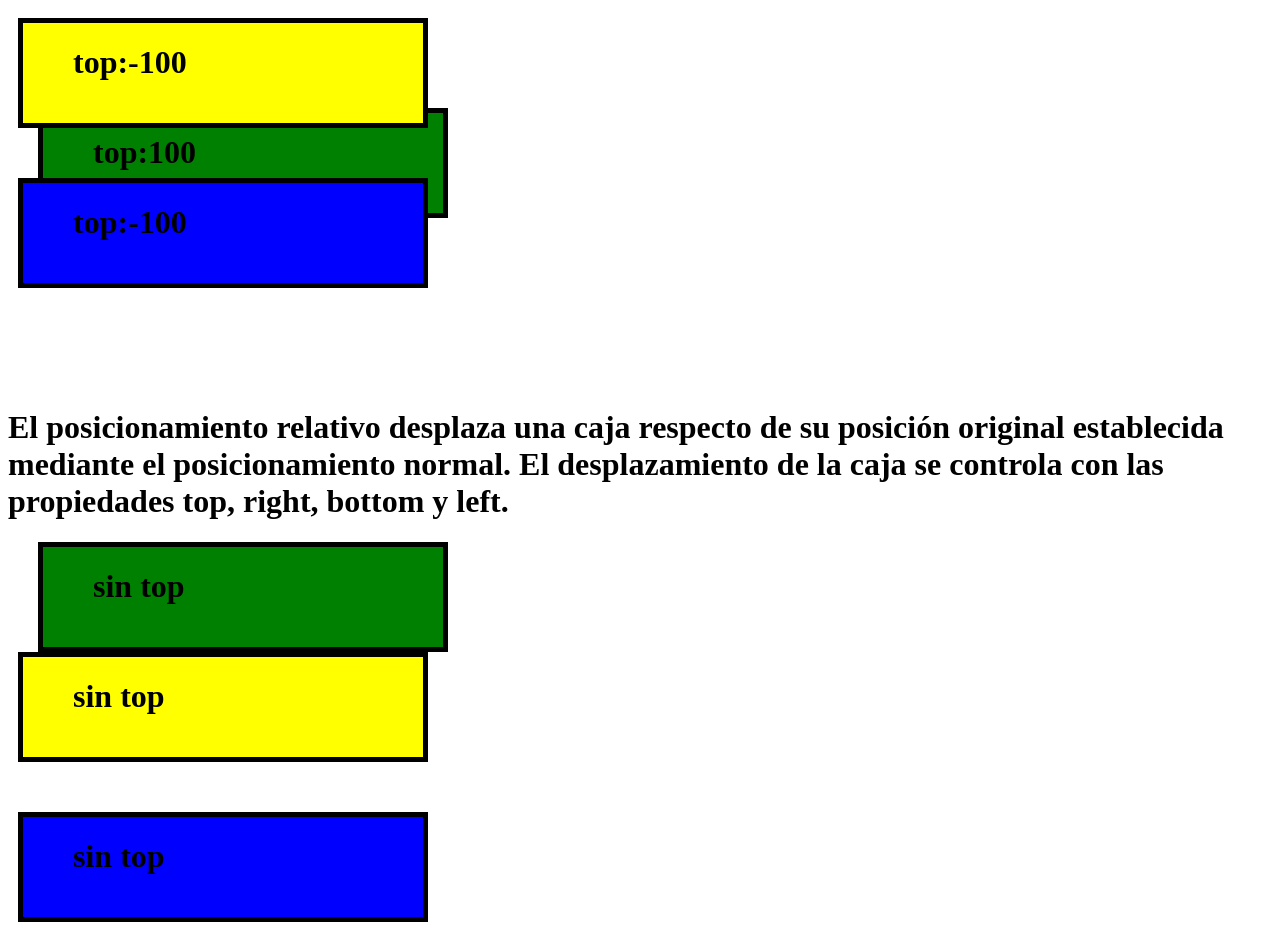
Repository: antonio63j/misNotas
Page: software/CSS/Demos/aptana_proyect/src/relativo.html
The author's editor kept a copy of each file at every save. The page is drawn from the files as they stood at one save, then again after the next save.
The browser window is 1280 px wide. The pictures show the whole page.

Above is the page before, as saved 2017-04-23 17:18:17.

After the next save:
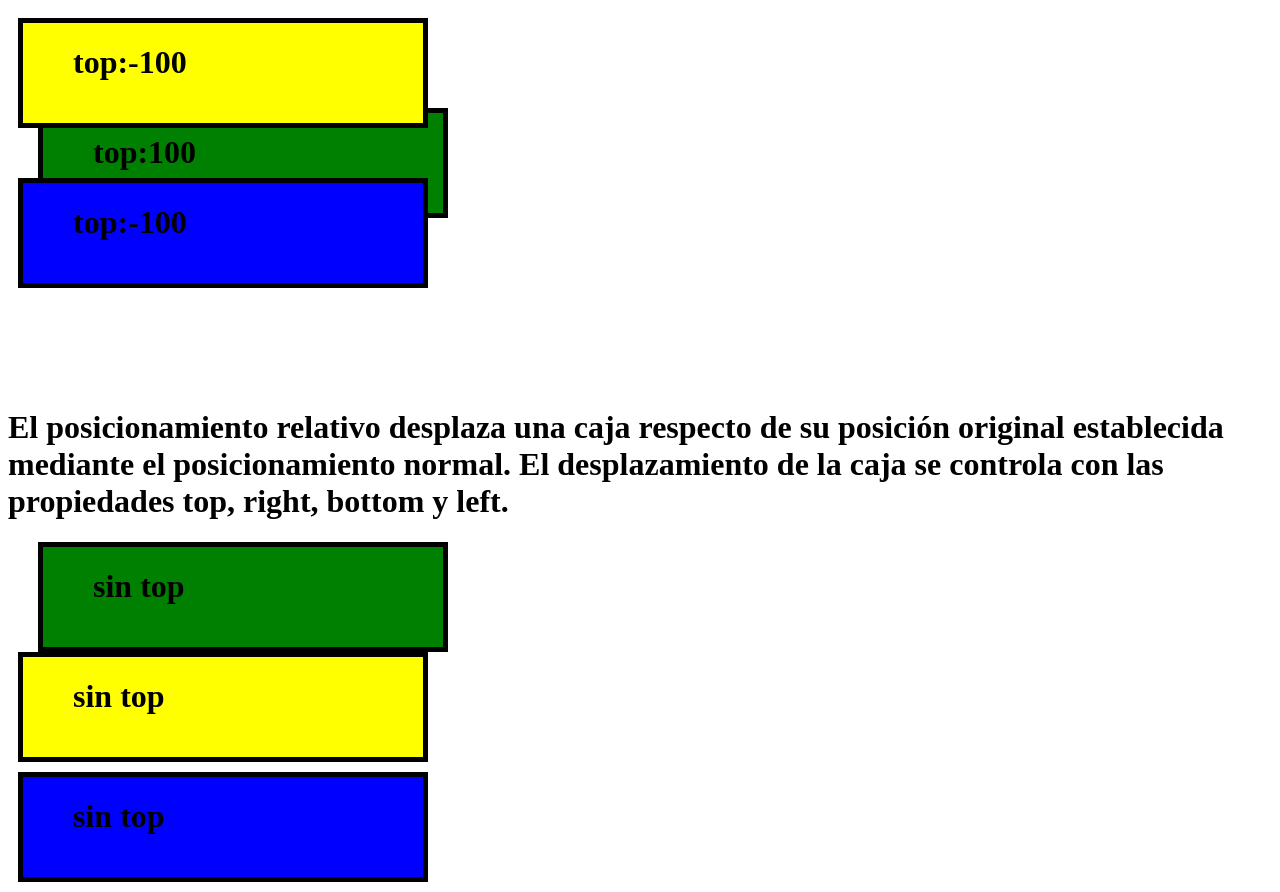
Saved 3 min 24 s later.
--- a/software/CSS/Demos/aptana_proyect/src/relativo.html
+++ b/software/CSS/Demos/aptana_proyect/src/relativo.html
@@ -71,7 +71,7 @@
   margin-left:   10px;
   margin-right:  10px;
   border: 5px solid black;
-  margin-bottom:50px;
+  margin-bottom:10px;
   background-color:yellow;
 }
 
